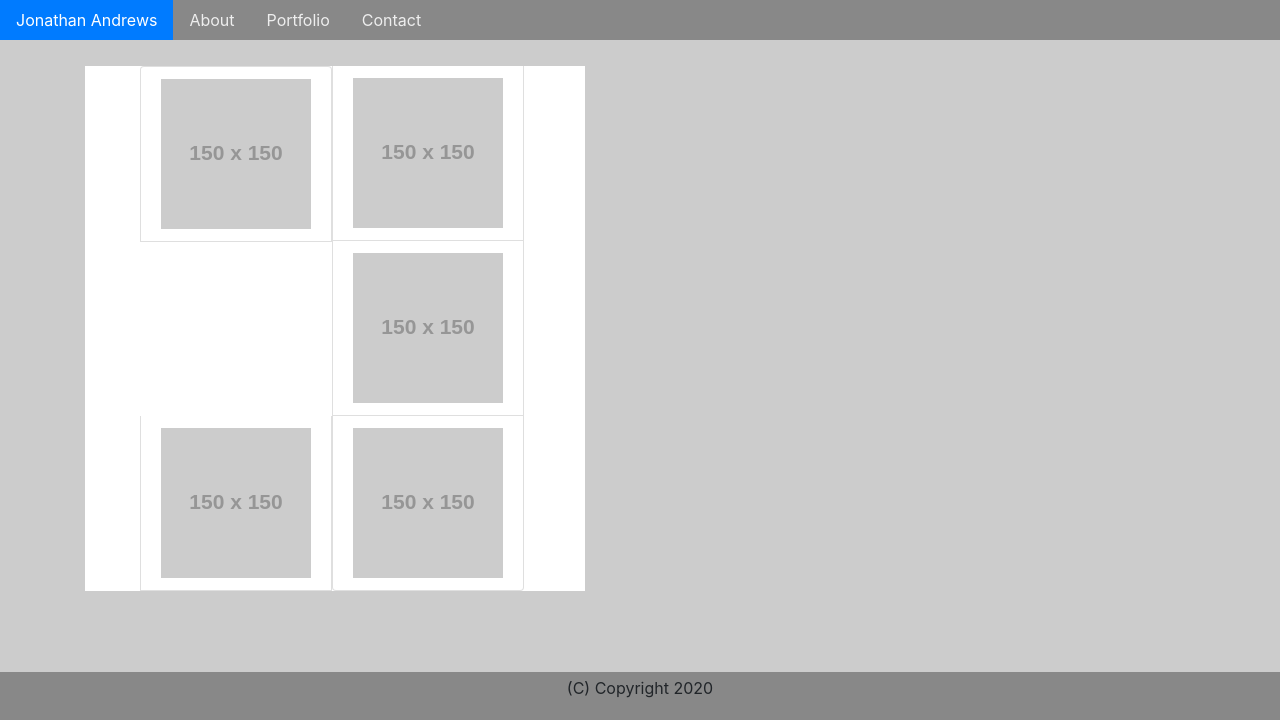
Repository: ionathas78/ionathas78.github.io
Page: portfolio.html
The author's editor kept a copy of each file at every save. The page is drawn from the files as they stood at one save, then again after the next save.
The browser window is 1280 px wide. The pictures show the whole page.

Above is the page before, as saved 2020-03-17 17:40:21.

### portfolio.html
<!DOCTYPE html>
<html lang="en">
<head>
    <meta charset="UTF-8">
    <meta name="viewport" content="width=device-width, initial-scale=1.0">
    <title>Jonathan Andrews</title>

    <link rel="stylesheet" href="https://stackpath.bootstrapcdn.com/bootstrap/4.4.1/css/bootstrap.min.css" integrity="sha384-Vkoo8x4CGsO3+Hhxv8T/Q5PaXtkKtu6ug5TOeNV6gBiFeWPGFN9MuhOf23Q9Ifjh" crossorigin="anonymous">
</head>
<body style="background-color: #ccc">
    <header>
        <ul class="nav" style="background-color: #888">
            <li class="nav-item bg-primary">
              <a class="nav-link active" href="#" style="color: white;">Jonathan Andrews</a>
            </li>
            <li class="nav-item">
              <a class="nav-link" href="index.html" style="color: #eee;">About</a>
            </li>
            <li class="nav-item">
              <a class="nav-link active" href="portfolio.html" style="color: #eee;">Portfolio</a>
            </li>
            <li class="nav-item">
                <a class="nav-link" href="contact.html" style="color: #eee;">Contact</a>
            </li>
        </ul>
    </header>

    <div class="container">
        <div class="row">
            <div class="col-md-4">
                <div class="container clearfix" style="width: 50vw; max-width: 500px; background-color: white; margin-top: 2vw;">
                    <!-- <ul class="list-group list-group-horizontal float-left"> -->
                    <ul class="">
                        <li class="list-group-item float-left align-self-start"><a href="" target="_blank"><img src="https://via.placeholder.com/150" alt="Placeholder Item Image"/></a></li>
                        <li class="list-group-item float-left align-self-start"><a href="" target="_blank"><img src="https://via.placeholder.com/150" alt="Placeholder Item Image"/></a></li>
                        <li class="list-group-item float-left align-self-start"><a href="" target="_blank"><img src="https://via.placeholder.com/150" alt="Placeholder Item Image"/></a></li>
                        <li class="list-group-item float-left align-self-start"><a href="" target="_blank"><img src="https://via.placeholder.com/150" alt="Placeholder Item Image"/></a></li>
                        <li class="list-group-item float-left align-self-start"><a href="" target="_blank"><img src="https://via.placeholder.com/150" alt="Placeholder Item Image"/></a></li>
                      </ul>
                </div>
            </div>
        </div>
    </div>

    <footer style="position: fixed; bottom: 0; background-color: #888; width: 100%;">
        <p style="line-height: 200%; text-align: center;">
            (C) Copyright 2020
        </p>
    </footer>
    <!-- JS Scripts -->

    <script src="https://code.jquery.com/jquery-3.4.1.slim.min.js" integrity="sha384-J6qa4849blE2+poT4WnyKhv5vZF5SrPo0iEjwBvKU7imGFAV0wwj1yYfoRSJoZ+n" crossorigin="anonymous"></script>
    <script src="https://cdn.jsdelivr.net/npm/popper.js@1.16.0/dist/umd/popper.min.js" integrity="sha384-Q6E9RHvbIyZFJoft+2mJbHaEWldlvI9IOYy5n3zV9zzTtmI3UksdQRVvoxMfooAo" crossorigin="anonymous"></script>
    <script src="https://stackpath.bootstrapcdn.com/bootstrap/4.4.1/js/bootstrap.min.js" integrity="sha384-wfSDF2E50Y2D1uUdj0O3uMBJnjuUD4Ih7YwaYd1iqfktj0Uod8GCExl3Og8ifwB6" crossorigin="anonymous"></script>
</body>
</html>

After the next save:
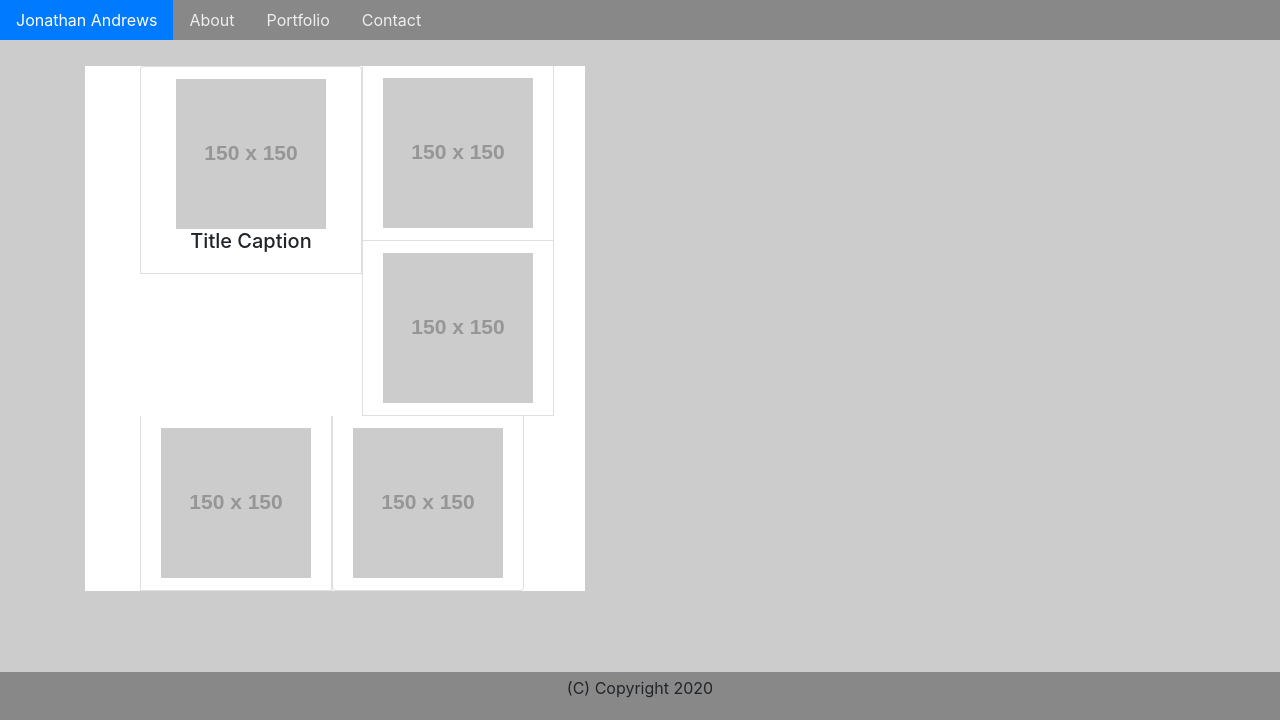
Saved 100 s later.
--- a/portfolio.html
+++ b/portfolio.html
@@ -31,7 +31,12 @@
                 <div class="container clearfix" style="width: 50vw; max-width: 500px; background-color: white; margin-top: 2vw;">
                     <!-- <ul class="list-group list-group-horizontal float-left"> -->
                     <ul class="">
-                        <li class="list-group-item float-left align-self-start"><a href="" target="_blank"><img src="https://via.placeholder.com/150" alt="Placeholder Item Image"/></a></li>
+                        <li class="list-group-item float-left align-self-start">
+                            <div class="container">
+                                <a href="" target="_blank"><img src="https://via.placeholder.com/150" alt="Placeholder Item Image"/></a>
+                                <h5 style="text-align: center;">Title Caption</h5>
+                            </div>
+                        </li>
                         <li class="list-group-item float-left align-self-start"><a href="" target="_blank"><img src="https://via.placeholder.com/150" alt="Placeholder Item Image"/></a></li>
                         <li class="list-group-item float-left align-self-start"><a href="" target="_blank"><img src="https://via.placeholder.com/150" alt="Placeholder Item Image"/></a></li>
                         <li class="list-group-item float-left align-self-start"><a href="" target="_blank"><img src="https://via.placeholder.com/150" alt="Placeholder Item Image"/></a></li>
